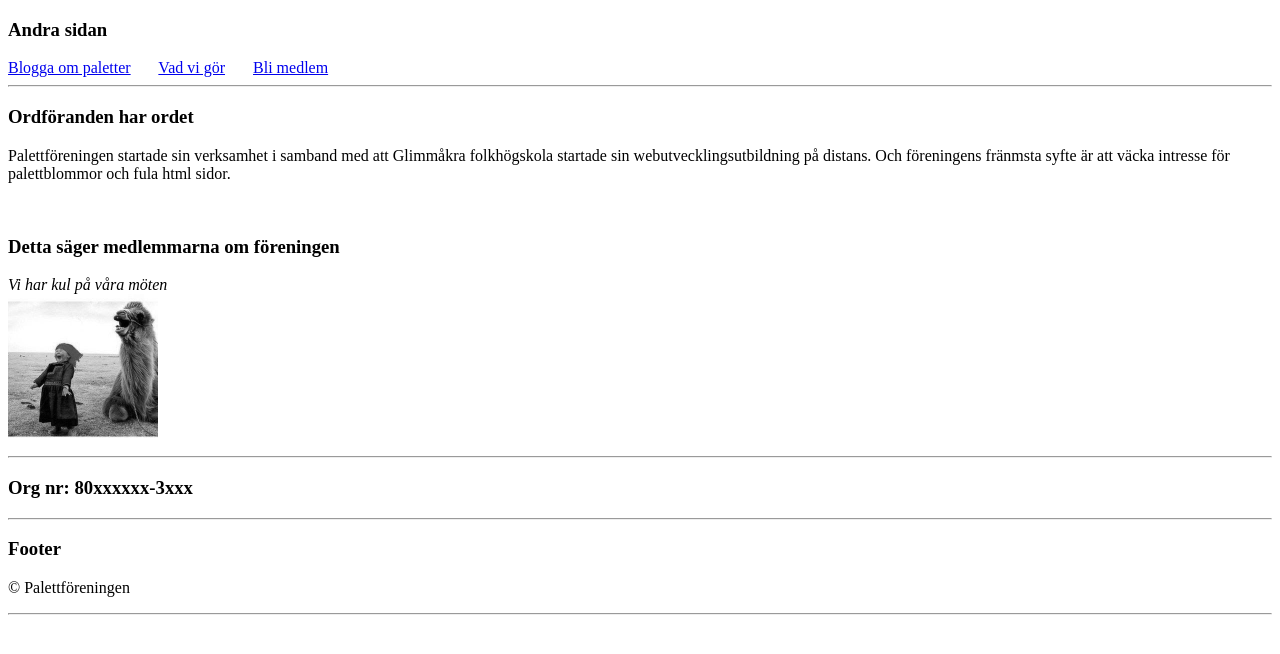
Repository: Webutveckling-20-21/Uppgift-1
Page: verksamheten.html
The author's editor kept a copy of each file at every save. The page is drawn from the files as they stood at one save, then again after a run of saves.
The browser window is 1280 px wide. The pictures show the whole page.

Above is the page before, as saved 2021-09-07 12:12:50.

### verksamheten.html
<!-- Här alla måsten i huvudet såsom språk och språkkodning mm -->
<!DOCTYPE html>
<html lang="sv">


<head>
    <meta charset="UTF-8">
    <meta name="viewport" content="width=device-width, initial-scale=1.0">
    <title>verksamheten</title>
</head>

<body>
    <header>
        <h3>Andra sidan</h3>
        <!-- Här läggs alla länkar-->
        <a href="blogg.html">Blogga om paletter</a>&nbsp;&nbsp;&nbsp;&nbsp;&nbsp;&nbsp;
        <a href="verksamheten.html">Vad vi gör</a>&nbsp;&nbsp;&nbsp;&nbsp;&nbsp;&nbsp;
        <a href="medlemskap.html">Bli medlem</a>
    </header>
    <hr>
    <main>


         <article>

            <h3>Ordföranden har ordet</h3>
            <p> Palettföreningen startade sin verksamhet i samband med att Glimmåkra folkhögskola startade sin webutvecklingsutbildning på distans. Och föreningens fränmsta syfte är att väcka intresse för palettblommor och fula html sidor. </p> <br>

            <article>

                <article>

            <h3>Detta säger medlemmarna om föreningen</h3>

            <cite>Vi har kul på våra möten</cite>





            </article>





            <img src="images/ordförande pa excursion.jpg" width="150" height="150" alt="Ordförande berättar.">
        </article>

    </main>
    <hr>
    <aside>
        <h3


        <p>Org nr: 80xxxxxx-3xxx</p>





    </aside>
    <hr>
    <footer>

        <h3>Footer</h3>
        <p> &copy; Palettföreningen</p>
    </footer>
    <hr>


</body>

</html>

After the next 3 saves:
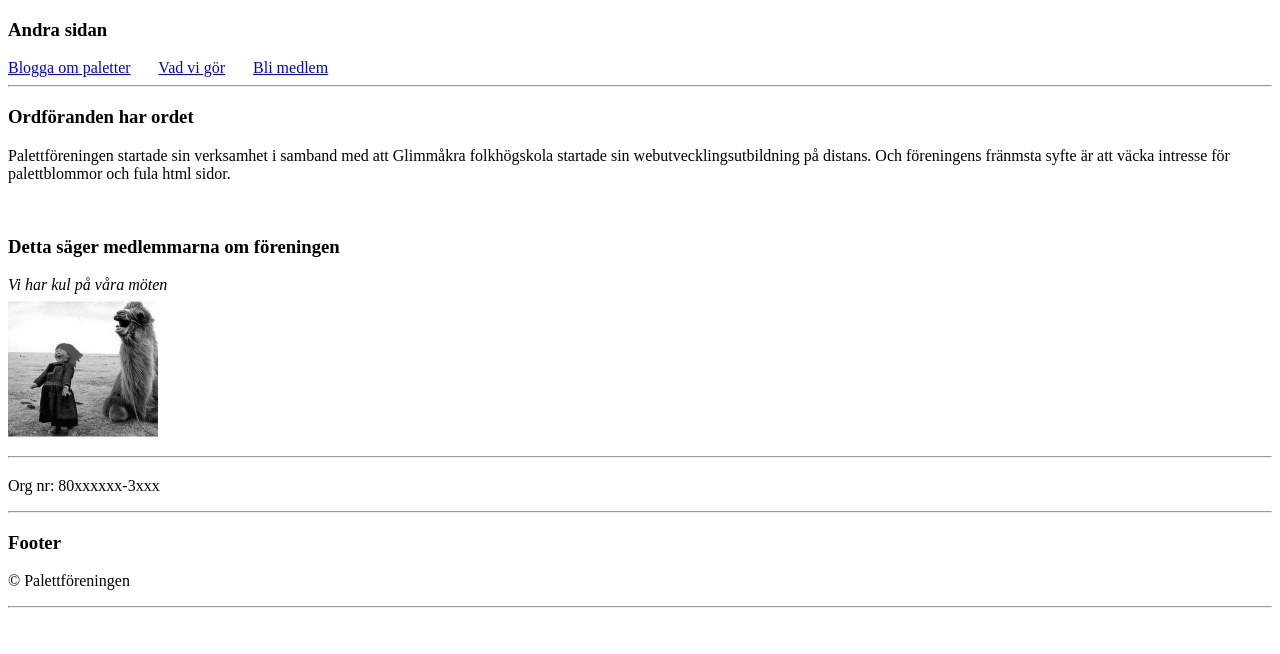
The 3 saves are shown as one change because they came seconds apart.
The last was saved 7 s later.
--- a/verksamheten.html
+++ b/verksamheten.html
@@ -50,7 +50,7 @@
     </main>
     <hr>
     <aside>
-        <h3
+        <h3></h3>
 
 
         <p>Org nr: 80xxxxxx-3xxx</p>
